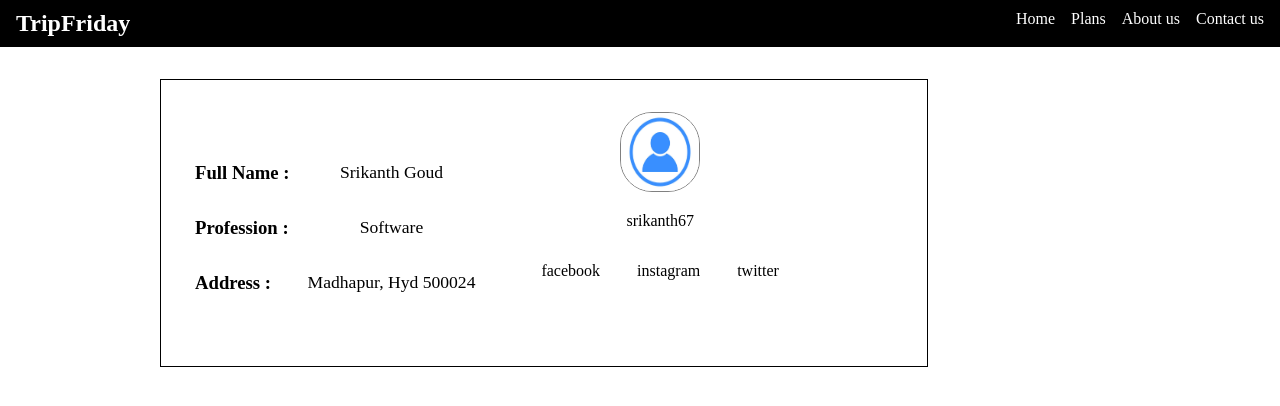
Repository: suraj-yadav7/userprofile
Page: /userdetails
These files come from the project's save history. The page is drawn as it stood at one moment and after the next save; the edit follows.
The browser window is 1280 px wide. The pictures show the whole page.
The project was rebuilt for these pictures with package versions that can differ from the ones it lists, and the page was loaded fresh each time. Also part of the build but not shown: src/components/UserProfile.jsx.

Above is the page before, as saved 2023-05-04 14:43:34.

### src/App.js
import './App.scss';
import UserProfile from './components/UserProfile';
import UserDetails from './components/UserDetails';
import { BrowserRouter as Router, Routes, Route } from 'react-router-dom';
import Header from './components/Header';


function App() {
  return (
    <>
    <Router>
      <Header />
      <Routes>
        <Route exact path='/' element={<UserProfile/>} />
        <Route exact path='/userdetails' element={<UserDetails/> } />
      </Routes>
    </Router>
    </>
  );
}

export default App;

### src/App.scss
*{
padding: 0;
margin: 0;
box-sizing: border-box;
}
nav{
    display: flex;
    justify-content:space-between;
    padding: 10px 1rem;
    background-color: black;
    color: white;
    >div>ul{
        display: flex;
        list-style: none;
        gap: 1rem;
    }
}

### src/components/UserDetails.jsx
import React from 'react'
import "../assests/userDetails.scss"
import usericon from"../assests/usericon.jpg"

const UserDetails = () => {
  return (
  <>
 <div className='details'>
  <div className='sub1'>
<table>
  <tr>
    <td><h3>Full Name :  </h3></td>
    <td><p> Srikanth Goud</p> </td>
  </tr>
  <tr>
    <td><h3>Profession :  </h3></td>
    <td><p> Software </p> </td>
  </tr>
  <tr>
    <td><h3>Address :</h3></td>
    <td><p>Madhapur, Hyd 500024</p> </td>
  </tr>
</table>

  </div>
  <div className='sub2'>
    <img src={usericon} alt="userimage"></img>
    <p>srikanth67</p>
    <div className='socialMedia'>
      <p>facebook</p>
      <p>instagram</p>
      <p>twitter</p>
    </div>
  </div>
 </div>
  </>
  )
}

export default UserDetails

### src/components/Header.jsx
import React from 'react'

const Header = () => {
  return (
  <>
  <nav>
<h1>TripFriday</h1>
<div>
    <ul>
        <li>Home</li>
        <li>Plans</li>
        <li>About us</li>
        <li>Contact us</li>
    </ul>
</div>
</nav>
  </>
  )
}

export default Header

### src/assests/userProfile.scss
@import "./color.scss";

.userprofile{
    display: flex;
    gap: 2rem;
    height: 100vh;
}
.userList{
    >div{
        padding: 1rem;
        display: flex;
        text-align: center;
    }
}
.fetchList,p,button{
    padding: 30 px;
    margin: 1rem;
    text-align: center;

    >p{
        font: 400 1.1rem sans-serif;
    }
    >button{
        background-color:beige;
        border:1px solid grey;
        width: 6rem;
        height: 2rem;
        border-radius: 1rem;
    }
}

.hoverItem{
    margin:10rem 3rem;
}

### src/assests/userDetails.scss
@import "./color.scss";

.details{
    display: flex;
    gap: 2rem;
    border: 1px solid black;
    width: 60vw;
    height: 40vh;
    padding: 2rem;
    margin: 2rem 10rem;
    >.sub1{
        padding: 2rem 0;
        p{
            font-size: 1.1rem;
        }
    }

    >.sub2 {
        text-align: center;
    >img{
        width: 5rem;
        height: 5rem;
        border: 1px solid grey;
        border-radius: 2rem;
    }

    >div{
        margin: 1rem 0;
        display: flex;
        gap: 5px;
        align-items: center;
    }
}
}

### src/assests/color.scss
$primary-color: #0f171e;
$secondary-color: #1a242f;
$font-primary:#ffff;
$font-secondary: #79b8f3;

Loaded but not shown: public/index.html (common file); src/index.js (common file)

After the next save:
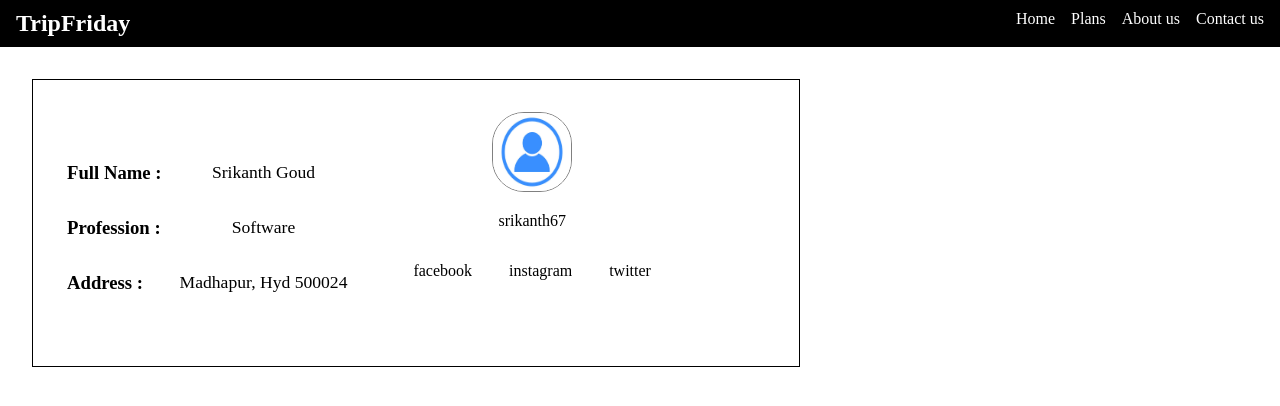
Saved 16 s later.
--- a/src/assests/userDetails.scss
+++ b/src/assests/userDetails.scss
@@ -7,7 +7,7 @@
     width: 60vw;
     height: 40vh;
     padding: 2rem;
-    margin: 2rem 10rem;
+    margin: 2rem 2rem;
     >.sub1{
         padding: 2rem 0;
         p{
